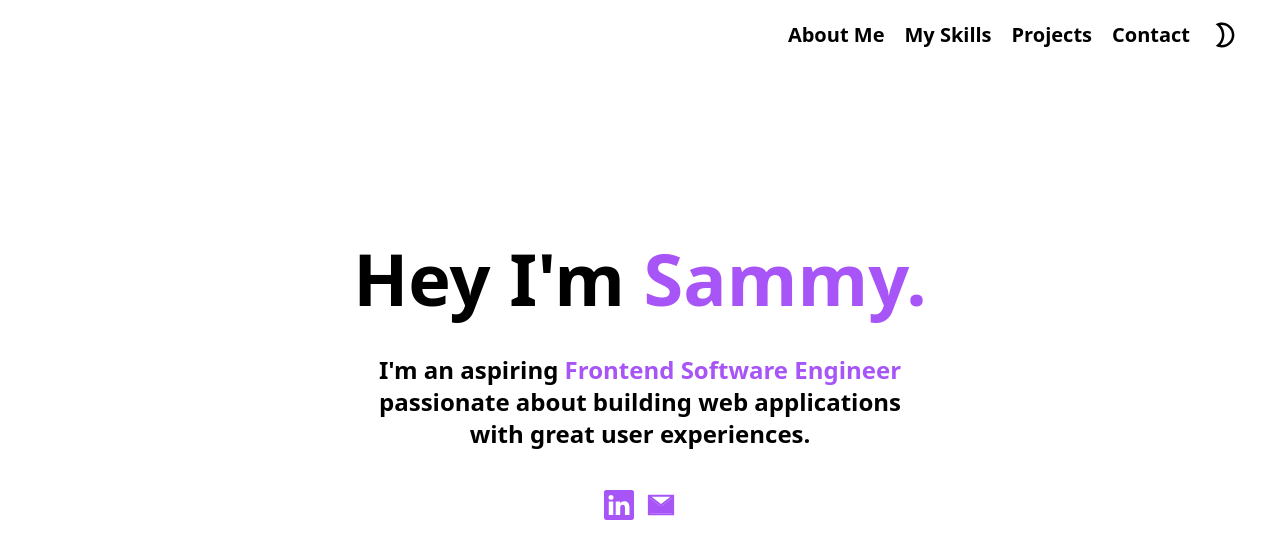
Repository: Al123Kudayyd/e-portfolio
Page: /
An editor plug-in stored every save of this project. The page is shown before and after the next save, followed by the edit.
The browser window is 1280 px wide. The pictures show the whole page.
The project was rebuilt for these pictures with package versions that can differ from the ones it lists, and the page was loaded fresh each time. The framework's server and built-in components were replaced by stand-ins that run in the browser. Also part of the build but not shown: next.config.js.

Above is the page before, as saved 2023-06-06 23:41:14.

After the next save:
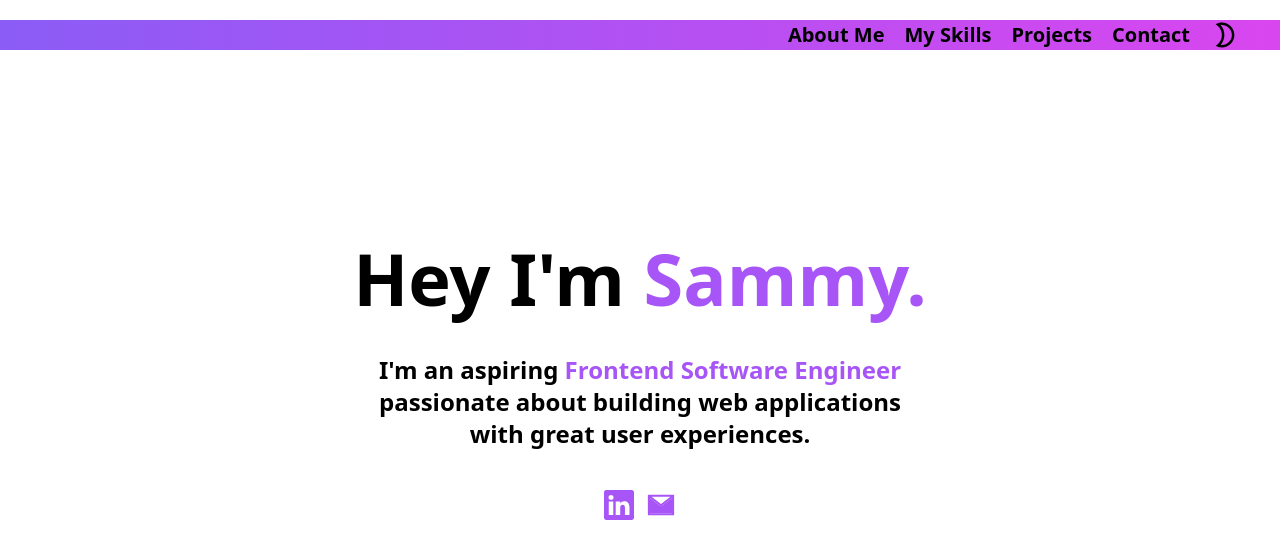
Saved 30 s later.
--- a/components/Nav.tsx
+++ b/components/Nav.tsx
@@ -3,7 +3,7 @@ import { FaBars } from 'react-icons/fa'
 
 function Nav() {
   return (
-    <section>
+    <section className='bg-gradient-to-r from-violet-500 to-fuchsia-500'>
       <div className='my-5 mx-10 flex items-center justify-end font-bold cursor-pointer'>
         <FaBars className='flex md:hidden lg:hidden text-2xl hover:text-purple-500 transition' />
         <ul className='md:flex lg:flex hidden space-x-5 items-center justify-end text-xs sm:text-xl'>
